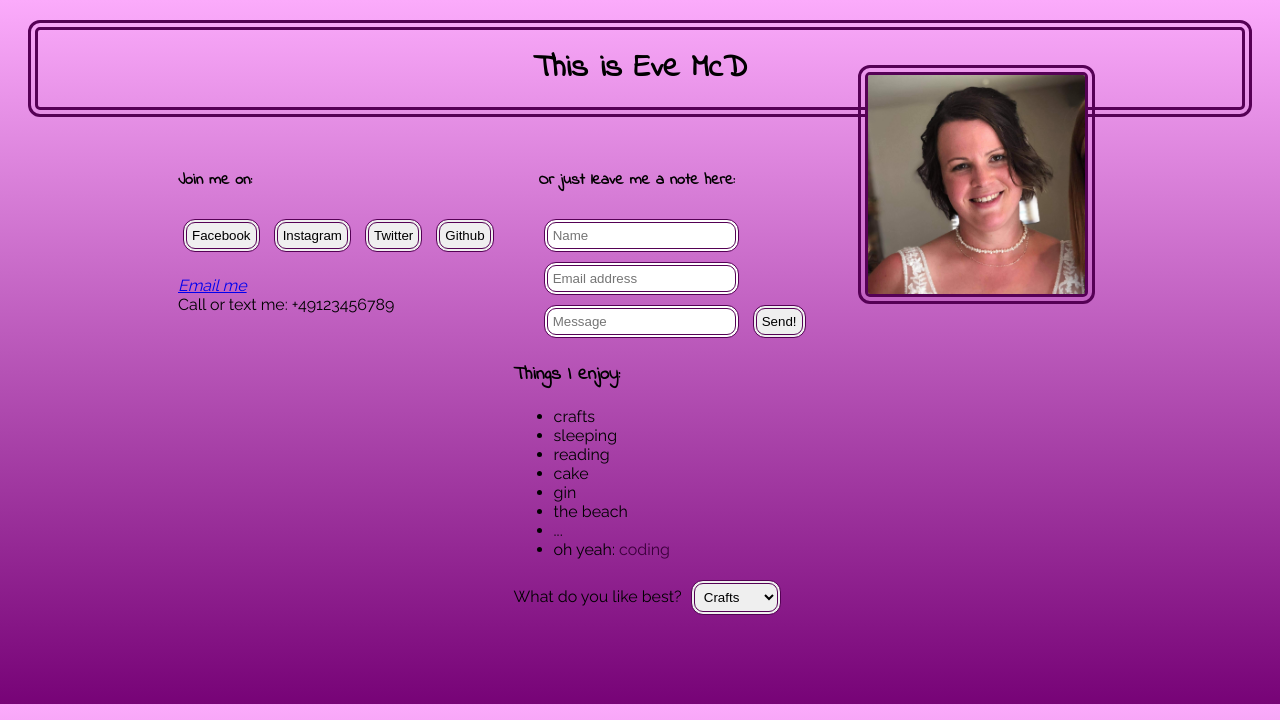
Repository: evemcd/Strive-Ignite-W1
Page: index.html
An editor plug-in stored every save of this project. The page is shown before and after the next save, followed by the edit.
The browser window is 1280 px wide. The pictures show the whole page.

Above is the page before, as saved 2021-01-17 22:56:08.

### index.html
<!DOCTYPE html>
<html>

<head>
    <title>Eve McDermott</title>
    <link rel="stylesheet" href="styles.css" />
    <link rel="preconnect" href="https://fonts.gstatic.com">
    <link rel="preconnect" href="https://fonts.gstatic.com">
    <link href="https://fonts.googleapis.com/css2?family=Indie+Flower&family=Raleway&display=swap" rel="stylesheet">
    <meta name="viewport" content="width=device-width, initial-scale=1.0">
</head>

<body>
    <div>
        <div class="header-title">
            <h1>This is Eve McD</h1>
        </div>
        <img src="Eve.jpg" class="header-image" alt="photo of Eve McD" />
    </div>
    <div class="container">
        <div class="div1">
            <h4>Join me on:</h4>
            <input type="button" href="www.facebook.com" value="Facebook" class="socialbutton" />
            <input type="button" href="www.instagram.com" value="Instagram" class="socialbutton" />
            <input type="button" href="www.twitter.com" value="Twitter" class="socialbutton" />
            <input type="button" href="www.github.com" value="Github" class="socialbutton" />
            <br><br>
            <address>
                <a href="mailto:eve@mcdermott.com">Email me </a>
            </address>
            Call or text me: +49123456789
            </p>
        </div>
        <div class="div1">
            <form>
                <h4>Or just leave me a note here:</h4>
                <input type="text" placeholder="Name" class="socialbutton" /><br>
                <input type="email" placeholder="Email address" class="socialbutton" /><br>
                <input type="text" placeholder="Message" class="socialbutton" />
                <input type="button" value="Send!" class="socialbutton" />
            </form>
        </div>
    </div>
    <div class="hobbies">
        <h3>Things I enjoy:</h3>
        <ul>
            <li>crafts</li>
            <li>sleeping</li>
            <li>reading</li>
            <li>cake</li>
            <li>gin</li>
            <li>the beach</li>
            <li>...</li>
            <li>oh yeah: <span style="color: rgb(59, 0, 59);">coding</span></li>
        </ul>
    </div>

    <div class="hobbies">
        <label for="hobbies">What do you like best?</label>
        <select name="hobbies" id="hobbies" class="socialbutton">
            <option value="crafts">Crafts</option>
            <option value="sleeping">Sleeping</option>
            <option value="reading">Reading</option>
            <option value="cake">Cake</option>
            <option value="gin">Gin</option>
            <option value="beach">Beach</option>
            <option value="coding">Coding</option>
        </select>
    </div>
    <br><br><br><br>

</body>

</html>

### styles.css
body {
    background: rgb(251, 171, 251);
    background: linear-gradient(180deg, rgba(251, 171, 251, 1) 0%, rgba(119, 3, 119, 1) 100%);
    font-family: Raleway;
}

.div1 {
    display: inline-block;
    /* width: 40%; */
    vertical-align: top;
    margin: 0px 20px 0px 20px;
}

.container {
    display: flex;
    flex-flow: column wrap;
    flex-direction: row;
    justify-content: flex-start;
    margin: 30px 0px 0px 150px;
}

.container-skills {
    display: flex;
    flex-flow: column wrap;
    flex-direction: row;
    justify-content: flex-start;
    margin: 30px 0px 0px 150px;
}

h1 {
    padding: 15px;
    margin: 20px;
    border: 10px double rgb(85, 1, 85);
    border-radius: 12px;
    text-align: center;
}

h1,
h2,
h3,
h4,
h5,
h6 {
    font-family: Indie Flower;
}

.textcenter {
    text-align: center;
}

/* #header {
    width: 100%;
    height: 30vh;
    position: relative;
    background-color: red;
} */

/* .box1 {
    width: 100px;
    height: 100px;
    background-color: green;
    position: absolute;
    top: 10px;
    left: 10px;
    z-index: 2;
} */

.header-image {
    width: 17%;
    position: absolute;
    top: 9%;
    left: 67%;
    border: 10px double rgb(85, 1, 85);
    border-radius: 12px;
}

.socialbutton {
    border: 4px double rgb(85, 1, 85);
    border-radius: 12px;
    padding: 5px;
    margin: 5px;
}

.hobbies {
    margin-left: 40%;
}

@media screen and (max-width: 992px) {
    .div1 {
        display: inline-block;
        width: 100%;
        vertical-align: top;
    }

    .hobbies {
        margin-left: 10%;
    }
}

After the next save:
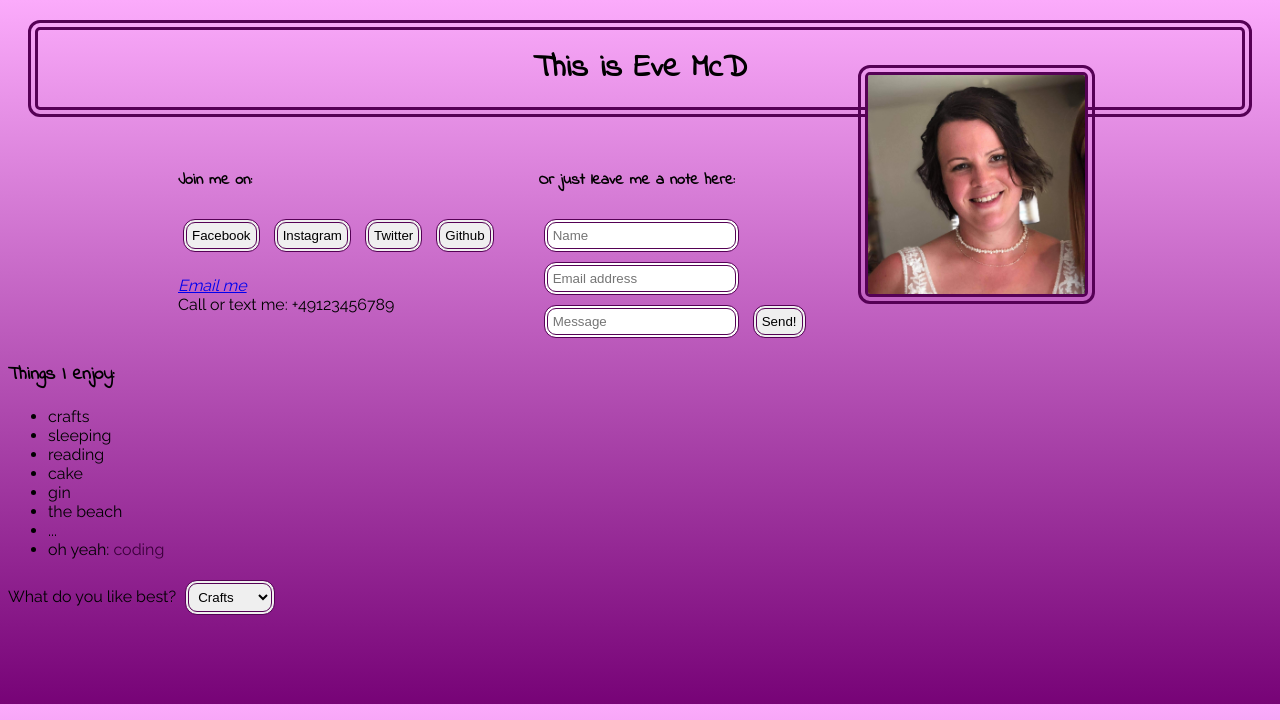
Saved 29 s later.
--- a/styles.css
+++ b/styles.css
@@ -48,23 +48,6 @@ h6 {
     text-align: center;
 }
 
-/* #header {
-    width: 100%;
-    height: 30vh;
-    position: relative;
-    background-color: red;
-} */
-
-/* .box1 {
-    width: 100px;
-    height: 100px;
-    background-color: green;
-    position: absolute;
-    top: 10px;
-    left: 10px;
-    z-index: 2;
-} */
-
 .header-image {
     width: 17%;
     position: absolute;
@@ -81,10 +64,6 @@ h6 {
     margin: 5px;
 }
 
-.hobbies {
-    margin-left: 40%;
-}
-
 @media screen and (max-width: 992px) {
     .div1 {
         display: inline-block;
